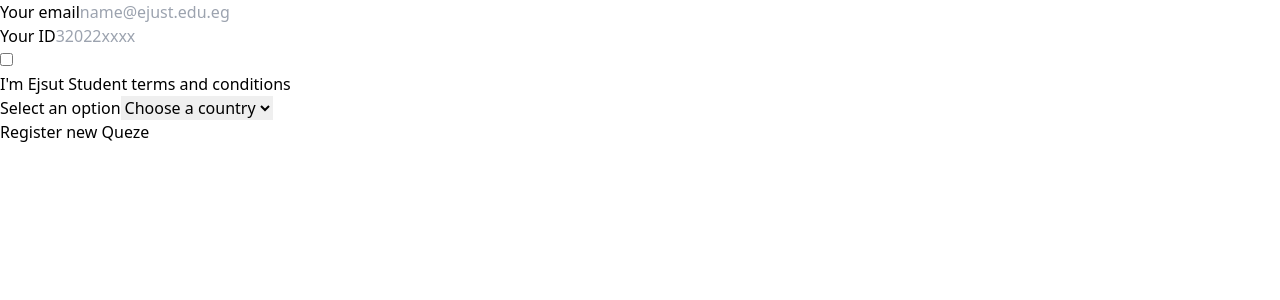
Repository: AbdalrahmanEldeep/FIBOTIC
Page: /
These files come from the project's save history. The page is drawn as it stood at one moment and after the next save; the edit follows.
The browser window is 1280 px wide. The pictures show the whole page.
The project was rebuilt for these pictures with package versions that can differ from the ones it lists, and the page was loaded fresh each time. Also part of the build but not shown: vite.config.js, src/pages/protecter.jsx, src/pages/exame.jsx.

Above is the page before, as saved 2023-01-06 22:34:21.

### index.html
<!DOCTYPE html>
<html lang="en">
  <head>
    <meta charset="UTF-8" />
    <link rel="icon" type="image/svg+xml" href="/vite.svg" />
    <meta name="viewport" content="width=device-width, initial-scale=1.0" />
    <title>FIBO</title>
    <!-- Tailwindcss -->
    <link rel="stylesheet" href="/src/global/app.css">
  </head>
  <body>
    <div id="root"></div>
    <script type="module" src="/src/main.jsx"></script>
  </body>
</html>

### src/global/app.css
/*
! tailwindcss v3.2.4 | MIT License | https://tailwindcss.com
*/

/*
1. Prevent padding and border from affecting element width. (https://github.com/mozdevs/cssremedy/issues/4)
2. Allow adding a border to an element by just adding a border-width. (https://github.com/tailwindcss/tailwindcss/pull/116)
*/

*,
::before,
::after {
  box-sizing: border-box;
  /* 1 */
  border-width: 0;
  /* 2 */
  border-style: solid;
  /* 2 */
  border-color: #e5e7eb;
  /* 2 */
}

::before,
::after {
  --tw-content: '';
}

/*
1. Use a consistent sensible line-height in all browsers.
2. Prevent adjustments of font size after orientation changes in iOS.
3. Use a more readable tab size.
4. Use the user's configured `sans` font-family by default.
5. Use the user's configured `sans` font-feature-settings by default.
*/

html {
  line-height: 1.5;
  /* 1 */
  -webkit-text-size-adjust: 100%;
  /* 2 */
  -moz-tab-size: 4;
  /* 3 */
  -o-tab-size: 4;
     tab-size: 4;
  /* 3 */
  font-family: ui-sans-serif, system-ui, -apple-system, BlinkMacSystemFont, "Segoe UI", Roboto, "Helvetica Neue", Arial, "Noto Sans", sans-serif, "Apple Color Emoji", "Segoe UI Emoji", "Segoe UI Symbol", "Noto Color Emoji";
  /* 4 */
  font-feature-settings: normal;
  /* 5 */
}

/*
1. Remove the margin in all browsers.
2. Inherit line-height from `html` so users can set them as a class directly on the `html` element.
*/

body {
  margin: 0;
  /* 1 */
  line-height: inherit;
  /* 2 */
}

/*
1. Add the correct height in Firefox.
2. Correct the inheritance of border color in Firefox. (https://bugzilla.mozilla.org/show_bug.cgi?id=190655)
3. Ensure horizontal rules are visible by default.
*/

hr {
  height: 0;
  /* 1 */
  color: inherit;
  /* 2 */
  border-top-width: 1px;
  /* 3 */
}

/*
Add the correct text decoration in Chrome, Edge, and Safari.
*/

abbr:where([title]) {
  -webkit-text-decoration: underline dotted;
          text-decoration: underline dotted;
}

/*
Remove the default font size and weight for headings.
*/

h1,
h2,
h3,
h4,
h5,
h6 {
  font-size: inherit;
  font-weight: inherit;
}

/*
Reset links to optimize for opt-in styling instead of opt-out.
*/

a {
  color: inherit;
  text-decoration: inherit;
}

/*
Add the correct font weight in Edge and Safari.
*/

b,
strong {
  font-weight: bolder;
}

/*
1. Use the user's configured `mono` font family by default.
2. Correct the odd `em` font sizing in all browsers.
*/

code,
kbd,
samp,
pre {
  font-family: ui-monospace, SFMono-Regular, Menlo, Monaco, Consolas, "Liberation Mono", "Courier New", monospace;
  /* 1 */
  font-size: 1em;
  /* 2 */
}

/*
Add the correct font size in all browsers.
*/

small {
  font-size: 80%;
}

/*
Prevent `sub` and `sup` elements from affecting the line height in all browsers.
*/

sub,
sup {
  font-size: 75%;
  line-height: 0;
  position: relative;
  vertical-align: baseline;
}

sub {
  bottom: -0.25em;
}

sup {
  top: -0.5em;
}

/*
1. Remove text indentation from table contents in Chrome and Safari. (https://bugs.chromium.org/p/chromium/issues/detail?id=999088, https://bugs.webkit.org/show_bug.cgi?id=201297)
2. Correct table border color inheritance in all Chrome and Safari. (https://bugs.chromium.org/p/chromium/issues/detail?id=935729, https://bugs.webkit.org/show_bug.cgi?id=195016)
3. Remove gaps between table borders by default.
*/

table {
  text-indent: 0;
  /* 1 */
  border-color: inherit;
  /* 2 */
  border-collapse: collapse;
  /* 3 */
}

/*
1. Change the font styles in all browsers.
2. Remove the margin in Firefox and Safari.
3. Remove default padding in all browsers.
*/

button,
input,
optgroup,
select,
textarea {
  font-family: inherit;
  /* 1 */
  font-size: 100%;
  /* 1 */
  font-weight: inherit;
  /* 1 */
  line-height: inherit;
  /* 1 */
  color: inherit;
  /* 1 */
  margin: 0;
  /* 2 */
  padding: 0;
  /* 3 */
}

/*
Remove the inheritance of text transform in Edge and Firefox.
*/

button,
select {
  text-transform: none;
}

/*
1. Correct the inability to style clickable types in iOS and Safari.
2. Remove default button styles.
*/

button,
[type='button'],
[type='reset'],
[type='submit'] {
  -webkit-appearance: button;
  /* 1 */
  background-color: transparent;
  /* 2 */
  background-image: none;
  /* 2 */
}

/*
Use the modern Firefox focus style for all focusable elements.
*/

:-moz-focusring {
  outline: auto;
}

/*
Remove the additional `:invalid` styles in Firefox. (https://github.com/mozilla/gecko-dev/blob/2f9eacd9d3d995c937b4251a5557d95d494c9be1/layout/style/res/forms.css#L728-L737)
*/

:-moz-ui-invalid {
  box-shadow: none;
}

/*
Add the correct vertical alignment in Chrome and Firefox.
*/

progress {
  vertical-align: baseline;
}

/*
Correct the cursor style of increment and decrement buttons in Safari.
*/

::-webkit-inner-spin-button,
::-webkit-outer-spin-button {
  height: auto;
}

/*
1. Correct the odd appearance in Chrome and Safari.
2. Correct the outline style in Safari.
*/

[type='search'] {
  -webkit-appearance: textfield;
  /* 1 */
  outline-offset: -2px;
  /* 2 */
}

/*
Remove the inner padding in Chrome and Safari on macOS.
*/

::-webkit-search-decoration {
  -webkit-appearance: none;
}

/*
1. Correct the inability to style clickable types in iOS and Safari.
2. Change font properties to `inherit` in Safari.
*/

::-webkit-file-upload-button {
  -webkit-appearance: button;
  /* 1 */
  font: inherit;
  /* 2 */
}

/*
Add the correct display in Chrome and Safari.
*/

summary {
  display: list-item;
}

/*
Removes the default spacing and border for appropriate elements.
*/

blockquote,
dl,
dd,
h1,
h2,
h3,
h4,
h5,
h6,
hr,
figure,
p,
pre {
  margin: 0;
}

fieldset {
  margin: 0;
  padding: 0;
}

legend {
  padding: 0;
}

ol,
ul,
menu {
  list-style: none;
  margin: 0;
  padding: 0;
}

/*
Prevent resizing textareas horizontally by default.
*/

textarea {
  resize: vertical;
}

/*
1. Reset the default placeholder opacity in Firefox. (https://github.com/tailwindlabs/tailwindcss/issues/3300)
2. Set the default placeholder color to the user's configured gray 400 color.
*/

input::-moz-placeholder, textarea::-moz-placeholder {
  opacity: 1;
  /* 1 */
  color: #9ca3af;
  /* 2 */
}

input::placeholder,
textarea::placeholder {
  opacity: 1;
  /* 1 */
  color: #9ca3af;
  /* 2 */
}

/*
Set the default cursor for buttons.
*/

button,
[role="button"] {
  cursor: pointer;
}

/*
Make sure disabled buttons don't get the pointer cursor.
*/

:disabled {
  cursor: default;
}

/*
1. Make replaced elements `display: block` by default. (https://github.com/mozdevs/cssremedy/issues/14)
2. Add `vertical-align: middle` to align replaced elements more sensibly by default. (https://github.com/jensimmons/cssremedy/issues/14#issuecomment-634934210)
   This can trigger a poorly considered lint error in some tools but is included by design.
*/

img,
svg,
video,
canvas,
audio,
iframe,
embed,
object {
  display: block;
  /* 1 */
  vertical-align: middle;
  /* 2 */
}

/*
Constrain images and videos to the parent width and preserve their intrinsic aspect ratio. (https://github.com/mozdevs/cssremedy/issues/14)
*/

img,
video {
  max-width: 100%;
  height: auto;
}

/* Make elements with the HTML hidden attribute stay hidden by default */

[hidden] {
  display: none;
}

*, ::before, ::after {
  --tw-border-spacing-x: 0;
  --tw-border-spacing-y: 0;
  --tw-translate-x: 0;
  --tw-translate-y: 0;
  --tw-rotate: 0;
  --tw-skew-x: 0;
  --tw-skew-y: 0;
  --tw-scale-x: 1;
  --tw-scale-y: 1;
  --tw-pan-x:  ;
  --tw-pan-y:  ;
  --tw-pinch-zoom:  ;
  --tw-scroll-snap-strictness: proximity;
  --tw-ordinal:  ;
  --tw-slashed-zero:  ;
  --tw-numeric-figure:  ;
  --tw-numeric-spacing:  ;
  --tw-numeric-fraction:  ;
  --tw-ring-inset:  ;
  --tw-ring-offset-width: 0px;
  --tw-ring-offset-color: #fff;
  --tw-ring-color: rgb(59 130 246 / 0.5);
  --tw-ring-offset-shadow: 0 0 #0000;
  --tw-ring-shadow: 0 0 #0000;
  --tw-shadow: 0 0 #0000;
  --tw-shadow-colored: 0 0 #0000;
  --tw-blur:  ;
  --tw-brightness:  ;
  --tw-contrast:  ;
  --tw-grayscale:  ;
  --tw-hue-rotate:  ;
  --tw-invert:  ;
  --tw-saturate:  ;
  --tw-sepia:  ;
  --tw-drop-shadow:  ;
  --tw-backdrop-blur:  ;
  --tw-backdrop-brightness:  ;
  --tw-backdrop-contrast:  ;
  --tw-backdrop-grayscale:  ;
  --tw-backdrop-hue-rotate:  ;
  --tw-backdrop-invert:  ;
  --tw-backdrop-opacity:  ;
  --tw-backdrop-saturate:  ;
  --tw-backdrop-sepia:  ;
}

::backdrop {
  --tw-border-spacing-x: 0;
  --tw-border-spacing-y: 0;
  --tw-translate-x: 0;
  --tw-translate-y: 0;
  --tw-rotate: 0;
  --tw-skew-x: 0;
  --tw-skew-y: 0;
  --tw-scale-x: 1;
  --tw-scale-y: 1;
  --tw-pan-x:  ;
  --tw-pan-y:  ;
  --tw-pinch-zoom:  ;
  --tw-scroll-snap-strictness: proximity;
  --tw-ordinal:  ;
  --tw-slashed-zero:  ;
  --tw-numeric-figure:  ;
  --tw-numeric-spacing:  ;
  --tw-numeric-fraction:  ;
  --tw-ring-inset:  ;
  --tw-ring-offset-width: 0px;
  --tw-ring-offset-color: #fff;
  --tw-ring-color: rgb(59 130 246 / 0.5);
  --tw-ring-offset-shadow: 0 0 #0000;
  --tw-ring-shadow: 0 0 #0000;
  --tw-shadow: 0 0 #0000;
  --tw-shadow-colored: 0 0 #0000;
  --tw-blur:  ;
  --tw-brightness:  ;
  --tw-contrast:  ;
  --tw-grayscale:  ;
  --tw-hue-rotate:  ;
  --tw-invert:  ;
  --tw-saturate:  ;
  --tw-sepia:  ;
  --tw-drop-shadow:  ;
  --tw-backdrop-blur:  ;
  --tw-backdrop-brightness:  ;
  --tw-backdrop-contrast:  ;
  --tw-backdrop-grayscale:  ;
  --tw-backdrop-hue-rotate:  ;
  --tw-backdrop-invert:  ;
  --tw-backdrop-opacity:  ;
  --tw-backdrop-saturate:  ;
  --tw-backdrop-sepia:  ;
}

### src/main.jsx
import ReactDOM  from "react-dom/client";
import { Root } from "./router/Root";
import 'flowbite';

const root = ReactDOM.createRoot(document.querySelector("#root"));

root.render(
  <Root/>
)

### src/router/Root.jsx
import React from 'react'
import { BrowserRouter, Route, Routes } from 'react-router-dom'
import Home from '../pages/home'
import Protecter from '../pages/protecter'
import Aboute from '../pages/exame'

export const Root = () => {
  return (
    <BrowserRouter>
        <Routes>
            <Route path="/" element={<Protecter statuse={true}><Home/></Protecter>}/>
            <Route path="/exame" element={<Protecter statuse={true}><Aboute/></Protecter>}/>
        </Routes>
    </BrowserRouter>
  )
}

### src/pages/home.jsx
import React from 'react'
import { Form } from '../components/Form'

export default function Home() {
  return (
    <>
      <Form/>
    </>
  )
}

### src/components/Form.jsx
import React from 'react'

export const Form = () => {
  return (

        <form>
            <div className="mb-6">
                <label htmlFor="email" className="block mb-2 text-sm font-medium text-gray-900 dark:text-white">Your email</label>
                <input type="email" id="email" className="shadow-sm bg-gray-50 border border-gray-300 text-gray-900 text-sm rounded focus:ring-blue-500 focus:border-blue-500 block w-full p-2.5 dark:bg-gray-700 dark:border-gray-600 dark:placeholder-gray-400 dark:text-white dark:focus:ring-blue-500 dark:focus:border-blue-500 dark:shadow-sm-light" placeholder="name@ejust.edu.eg" required />
            </div>
            <div className="mb-6">
                <label htmlFor="stdid" className="block mb-2 text-sm font-medium text-gray-900 dark:text-white">Your ID</label>
                <input type="text" id="stdid" placeholder='32022xxxx' className="shadow-sm bg-gray-50 border border-gray-300 text-gray-900 text-sm rounded focus:ring-blue-500 focus:border-blue-500 block w-full p-2.5 dark:bg-gray-700 dark:border-gray-600 dark:placeholder-gray-400 dark:text-white dark:focus:ring-blue-500 dark:focus:border-blue-500 dark:shadow-sm-light" required />
            </div>
            <div className="flex items-start mb-6">
                <div className="flex items-center h-5">
                <input id="terms" type="checkbox" value="" className="w-4 h-4 border border-gray-300 rounded bg-gray-50 focus:ring-3 focus:ring-blue-300 dark:bg-gray-700 dark:border-gray-600 dark:focus:ring-blue-600 dark:ring-offset-gray-800" required />
                </div>
                <label htmlFor="terms" className="ml-2 text-sm font-medium text-gray-900 dark:text-gray-300">I'm Ejsut Student  <a href="#" className="text-blue-600 hover:underline dark:text-blue-500">terms and conditions</a></label>
            </div>
            <div className="flex flex-col gap-2 items-start mb-6">
                <label for="countries" class="block mb-2 text-sm font-medium text-gray-900 dark:text-white">Select an option</label>
                <select id="countries" class="bg-gray-50 border border-gray-300 text-gray-900 text-sm rounded focus:ring-blue-500 focus:border-blue-500 block w-full p-2.5 dark:bg-gray-700 dark:border-gray-600 dark:placeholder-gray-400 dark:text-white dark:focus:ring-blue-500 dark:focus:border-blue-500">
                    <option selected>Choose a country</option>
                    <option value="US">United States</option>
                    <option value="CA">Canada</option>
                    <option value="FR">France</option>
                    <option value="DE">Germany</option>
                </select>
            </div>
            <button type="submit" className="text-white bg-blue-700 hover:bg-blue-800 focus:ring-4 focus:outline-none focus:ring-blue-300 font-medium rounded text-sm px-5 py-2.5 text-center dark:bg-blue-600 dark:hover:bg-blue-700 dark:focus:ring-blue-800">Register new Queze</button>
        </form>


  )
}

After the next save:
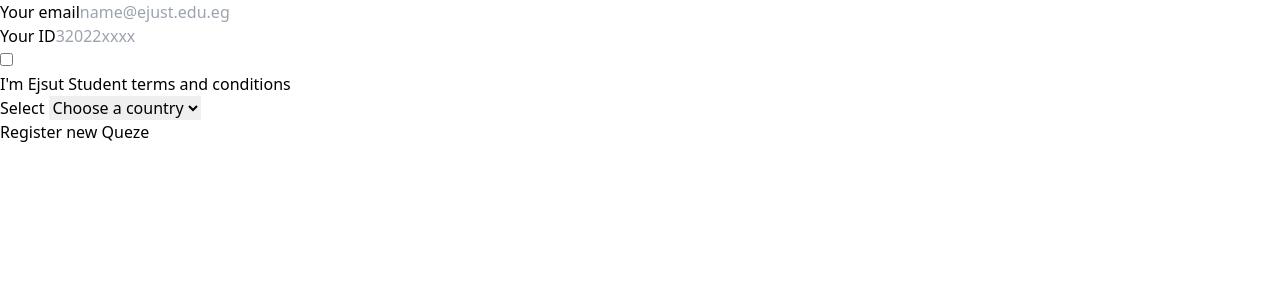
Saved 12 s later.
--- a/src/components/Form.jsx
+++ b/src/components/Form.jsx
@@ -19,7 +19,7 @@ export const Form = () => {
                 <label htmlFor="terms" className="ml-2 text-sm font-medium text-gray-900 dark:text-gray-300">I'm Ejsut Student  <a href="#" className="text-blue-600 hover:underline dark:text-blue-500">terms and conditions</a></label>
             </div>
             <div className="flex flex-col gap-2 items-start mb-6">
-                <label for="countries" class="block mb-2 text-sm font-medium text-gray-900 dark:text-white">Select an option</label>
+                <label for="countries" class="block mb-2 text-sm font-medium text-gray-900 dark:text-white">Select </label>
                 <select id="countries" class="bg-gray-50 border border-gray-300 text-gray-900 text-sm rounded focus:ring-blue-500 focus:border-blue-500 block w-full p-2.5 dark:bg-gray-700 dark:border-gray-600 dark:placeholder-gray-400 dark:text-white dark:focus:ring-blue-500 dark:focus:border-blue-500">
                     <option selected>Choose a country</option>
                     <option value="US">United States</option>
